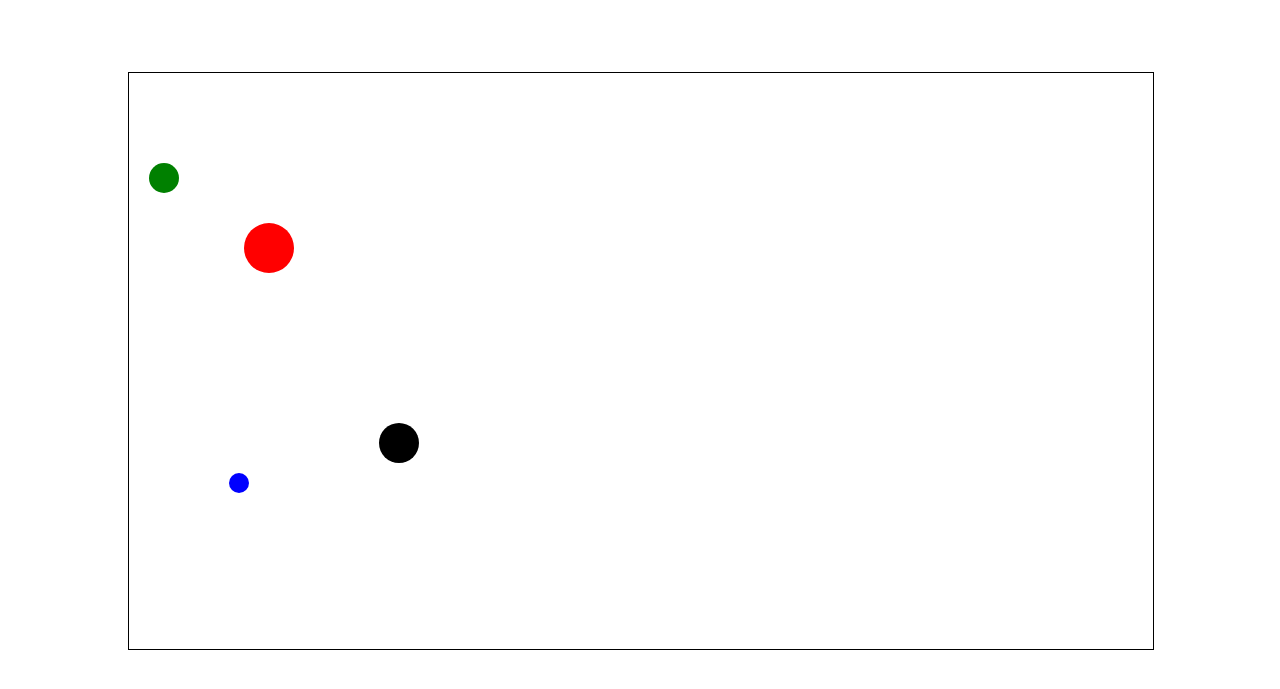
Repository: themoomooo/testgitajout
Page: index.html
An editor plug-in stored every save of this project. The page is shown before and after the next save, followed by the edit.
The browser window is 1280 px wide. The pictures show the whole page.

Above is the page before, as saved 2023-01-23 16:52:24.

After the next save:
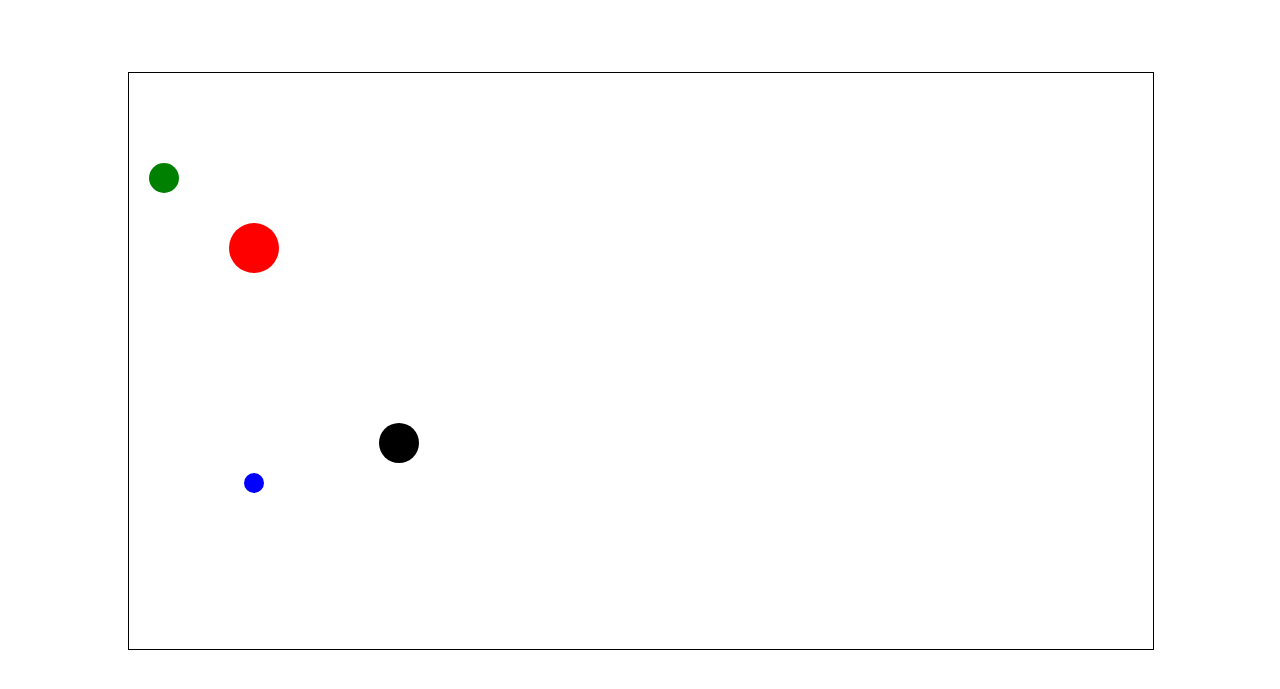
Saved 14 s later.
--- a/main.js
+++ b/main.js
@@ -54,7 +54,7 @@
     }
 
     move(){
-    this.balles[0].move();
+    this.balles[1].move();
 
 
 

After the save that followed:
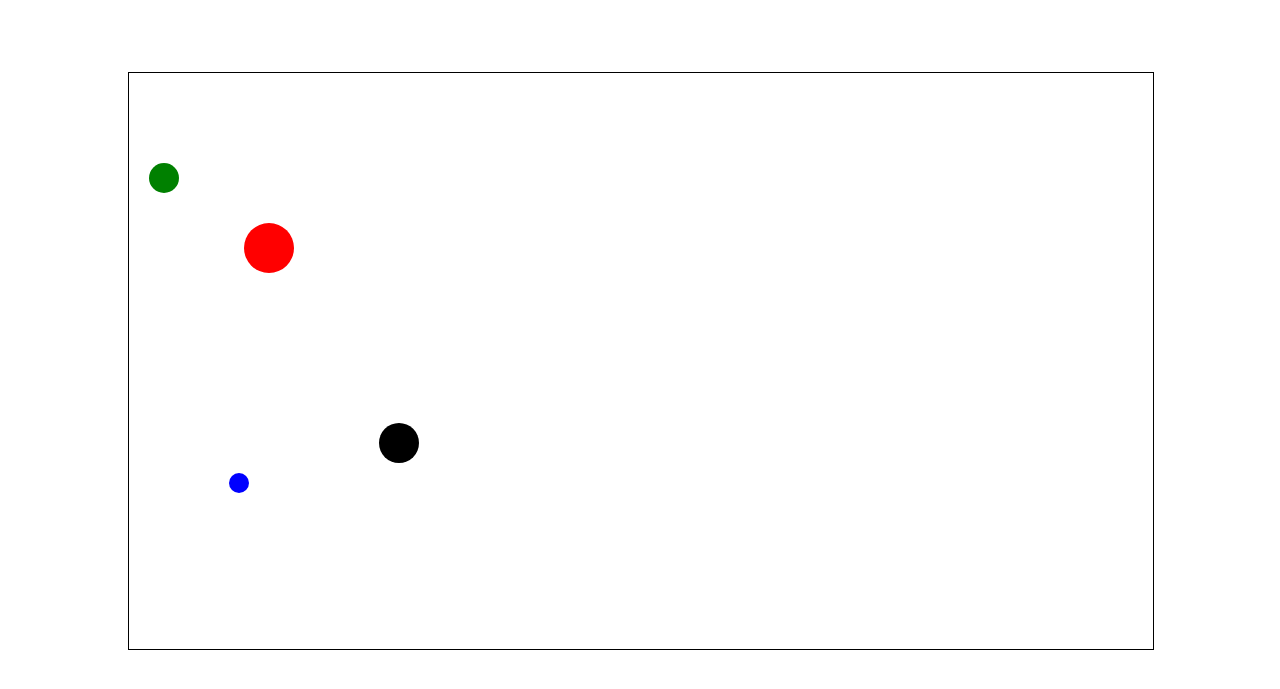
Saved 10 s later.
--- a/main.js
+++ b/main.js
@@ -54,7 +54,7 @@
     }
 
     move(){
-    this.balles[1].move();
+    this.balles[0].move();
 
 
 
